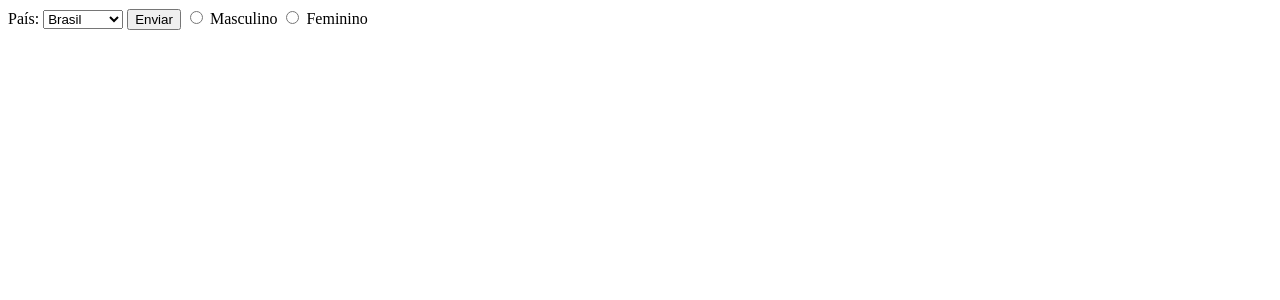
Repository: fcampara/java-web-begin
Page: http://localhost/JavaWeb/Formulario.jsp
An editor plug-in stored every save of this project. The page is shown before and after the next save, followed by the edit.
The browser window is 1280 px wide. The pictures show the whole page.
The page is served by Tomcat 9. Other server files are loaded and not shown.

Above is the page before, as saved 2018-09-04 18:25:33.

### JavaWeb/WebContent/Formulario.jsp
<%@ page language="java" contentType="text/html; charset=ISO-8859-1"
    pageEncoding="ISO-8859-1"%>
<!DOCTYPE html>
<html>
	<head>
	<meta charset="ISO-8859-1">
	<title>Insert title here</title>
	</head>

	<body>
		<form action="Dados.jsp">
			País:
			<select name="pais">
				<option>Brasil</option>
				<option>EUA</option>
				<option>Rússica</option>
				<option>Argentina</option>
				<option>Japão</option>
			</select>
			<input type="submit" value="Enviar"/>

			<input type="radio" name="sexo" value="Masculino"/> Masculino
			<input type="radio" name="sexo" value="Feminino"/> Feminino

			</br></br>
		</form>
	</body>
</html>

After the next save:
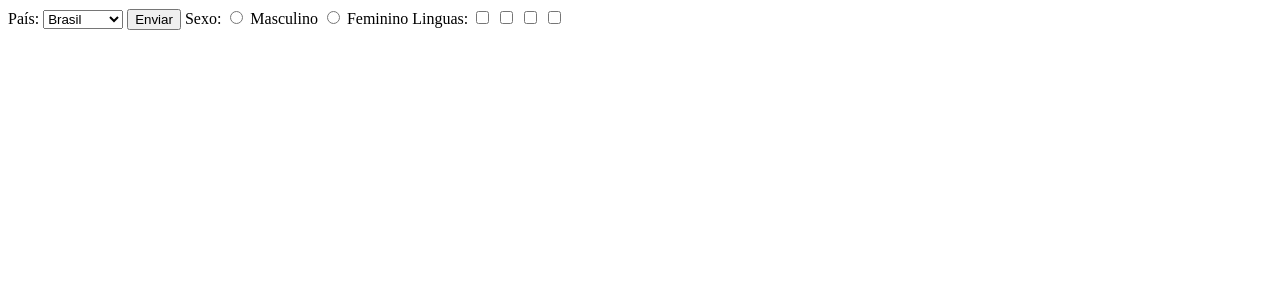
Saved 112 s later.
--- a/JavaWeb/WebContent/Formulario.jsp
+++ b/JavaWeb/WebContent/Formulario.jsp
@@ -19,8 +19,15 @@
 			</select>
 			<input type="submit" value="Enviar"/>
 
+			Sexo:
 			<input type="radio" name="sexo" value="Masculino"/> Masculino
 			<input type="radio" name="sexo" value="Feminino"/> Feminino
+
+			Linguas:
+			<input type="checkbox" name="linguas" value="Português"/>
+			<input type="checkbox" name="linguas" value="Inglês"/>
+			<input type="checkbox" name="linguas" value="Espanhol"/>
+			<input type="checkbox" name="linguas" value="Francês"/>
 
 			</br></br>
 		</form>
